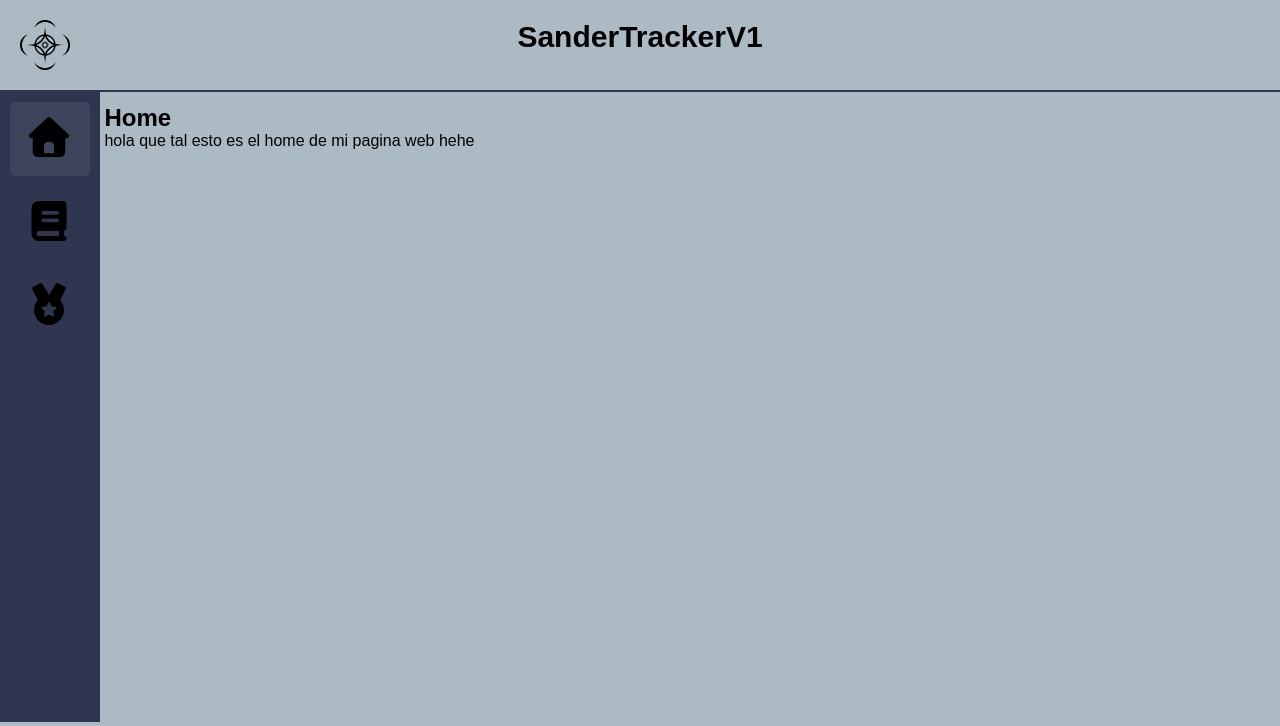
Repository: iocolopus/learn_web
Page: sandertracker_1/index.html
The author's editor kept a copy of each file at every save. The page is drawn from the files as they stood at one save, then again after a run of saves.
The browser window is 1280 px wide. The pictures show the whole page.

Above is the page before, as saved 2026-02-18 20:52:17.

### sandertracker_1/index.html
<!DOCTYPE html>
<html lang="en">
<head>
    <meta charset="UTF-8">
    <meta name="viewport" content="width=device-width, initial-scale=1.0">
    <title>sandertracker_v1</title>
    <link rel="stylesheet" href="styles.css">
    <link rel="stylesheet" href="styles_section.css">
</head>
<body>
    <header>
        <img src="media/comere_logo.png" alt="logo del cosmere" id="pageLogo">
        <h1 id="headerText">SanderTrackerV1</h1>
    </header>
    <nav class="navBar">
        <div class="navItem inNavItem">
            <img src="media/house-solid-full.svg" alt="more" class="navIcon">
            <h2 class="navText">Home</h2>
        </div>

        <div class="navItem">
            <img src="media/book-solid-full.svg" alt="more" class="navIcon">
            <h2 class="navText">Books</h2>
        </div>

        <div class="navItem">
            <img src="media/medal-solid-full.svg" alt="more" class="navIcon">
            <h2 class="navText">Goals</h2>
        </div>
    </nav>

    <section class="inSection" id="home">
        <h1>Home</h1>
        <p>hola que tal esto es el home de mi pagina web hehe</p>
    </section>



    <script src="script.js"></script>
</body>
</html>

### sandertracker_1/styles.css
* {
    margin: 0;
    font-family: sans-serif;
}

body {
    background-color: rgb(172, 186, 196);
}

header {
    background-color: rgb(172, 186, 196);
    border-bottom: 2px solid rgb(48, 54, 79);
    height: 90px;
    text-align: left;
    position: relative;
    text-align: center;
}

#pageLogo {
    position: absolute;
    left: 0;
    right: 0;
    margin: 20px;
    display: inline-block;
    width: 50px;

}

#headerText {
    margin-top: 20px;
    font-size: 30px;
    font-weight: 700;
    display: inline-block;
}

.navBar {
    transition: all 0.2s ease;
    display: inline-block;
    background-color: rgb(48, 54, 79);
    height: calc(100vh - 90px);
    width: 100px;
    overflow: hidden;
}

.navBar:hover{
    width: 200px;
}

.navItem.inNavItem{
    background-color: rgba(172, 186, 196, 0.1);
    border-radius: 5px;
}

.navItem:hover{
    margin: 10px;
    padding: 10px;
    cursor: pointer;
    background-color: rgba(172, 186, 196, 0.2) !important;
    border-radius: 5px;
}

.navItem {
    margin: 10px;
    padding: 10px;
}


.navIcon {
    width: 50px;
    margin-left: 4px;
    height: auto;
    display: inline-block;
    fill: rgb(172, 186, 196);
}



.navText{
    display: none;
    margin-left: 20px;
    color: rgb(172, 186, 196);
    transform: translate(0, -60%);
}

.navText.transparent{
    opacity: 0;
    transition: all 0.3s ease;
}

.navText.opaque{
    opacity: 1;
}

.navText.hovered{
    display: inline-block;

    margin-left: 20px;
    color: rgb(172, 186, 196);
    transform: translate(0, -60%);

}

### sandertracker_1/styles_section.css
section {
    display: none;
}

section.inSection {
    text-emphasis: none;
    display: inline-block;
    transform: translateY(-80vh);
}

### sandertracker_1/script.js
const navBar = document.querySelector(".navBar")
const navTexts = document.querySelectorAll(".navText")


navBar.addEventListener("mouseenter", () => {
    time_out = setTimeout( () => {
        navTexts.forEach(
        navText => {
            navText.classList.add("hovered")
        }
    )
    }, 130)
})

navBar.addEventListener("mouseleave", () => {
    clearTimeout(time_out)
    navTexts.forEach(
        navText => navText.classList.remove("hovered")
    )
})

After the next 2 saves:
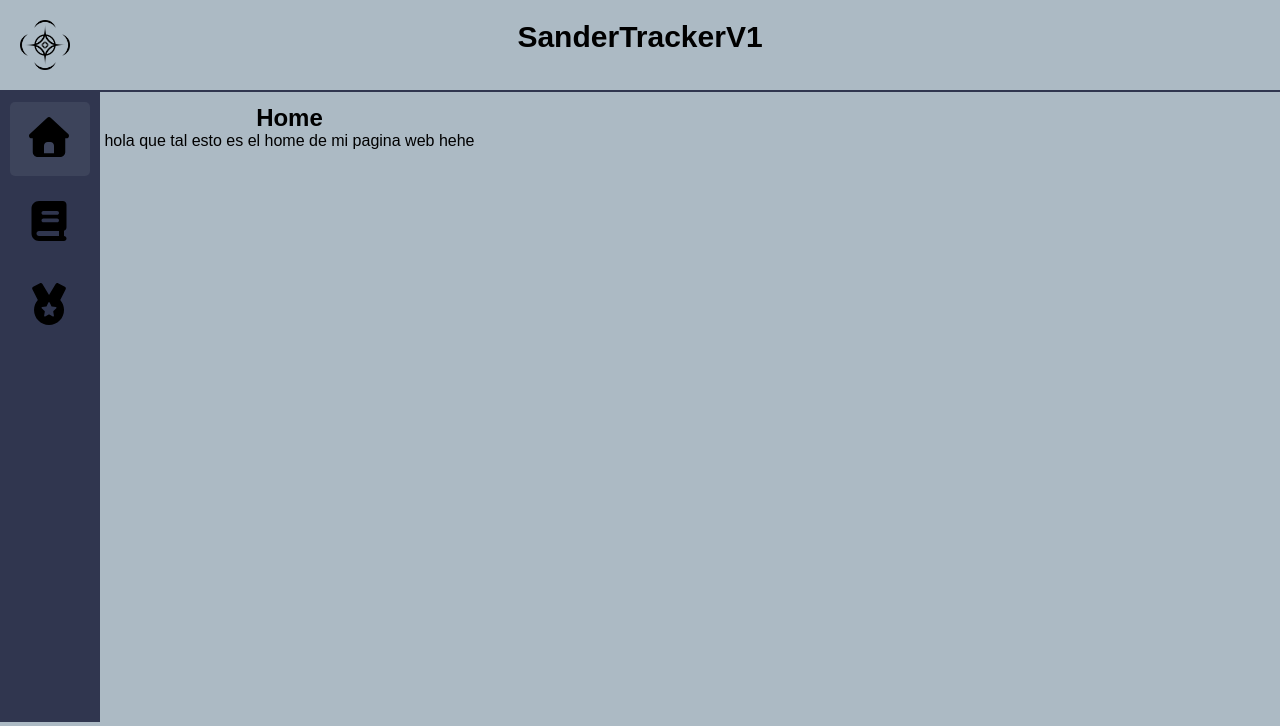
The 2 saves are shown as one change because they came seconds apart.
The last was saved 7 s later.
--- a/sandertracker_1/styles_section.css
+++ b/sandertracker_1/styles_section.css
@@ -3,7 +3,7 @@ section {
 }
 
 section.inSection {
-    text-emphasis: none;
+    text-align: center;
     display: inline-block;
     transform: translateY(-80vh);
 }
